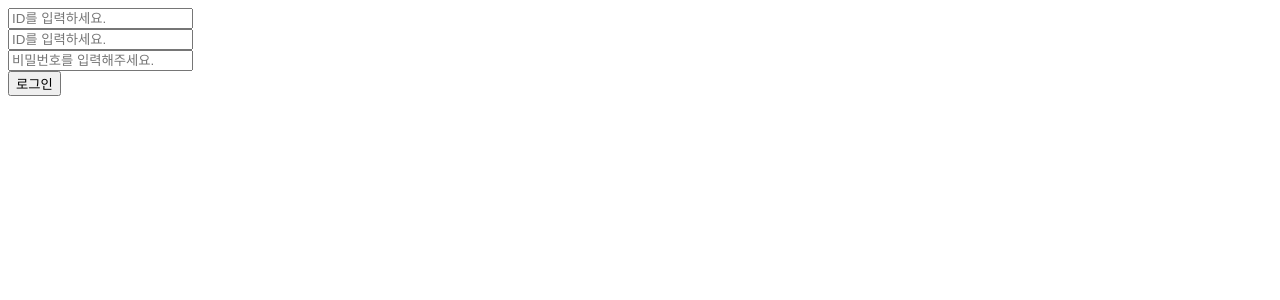
Repository: woneeseo/javastudy
Page: htmlStudy/workspace_html/HelloWorld/WebContent/c.html
The author's editor kept a copy of each file at every save. The page is drawn from the files as they stood at one save, then again after a run of saves.
The browser window is 1280 px wide. The pictures show the whole page.

Above is the page before, as saved 2020-12-04 05:44:54.

After the next 2 saves:
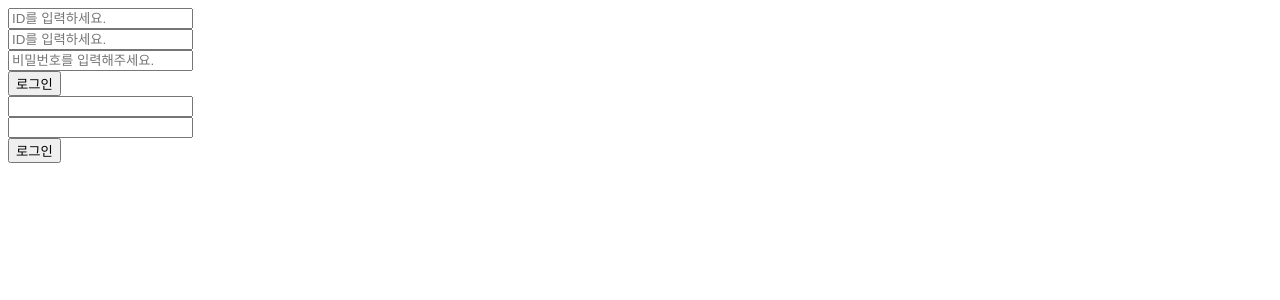
The 2 saves are shown as one change because they came seconds apart.
The last was saved 27 min 25 s later.
--- a/htmlStudy/workspace_html/HelloWorld/WebContent/c.html
+++ b/htmlStudy/workspace_html/HelloWorld/WebContent/c.html
@@ -21,5 +21,15 @@
 
 </form>
 
+<form action="">
+
+	<input name="id">
+	<br>
+	<input name="pw">
+	<br>
+	<input type="submit" value="로그인">
+
+</form>
+
 </body>
 </html>
